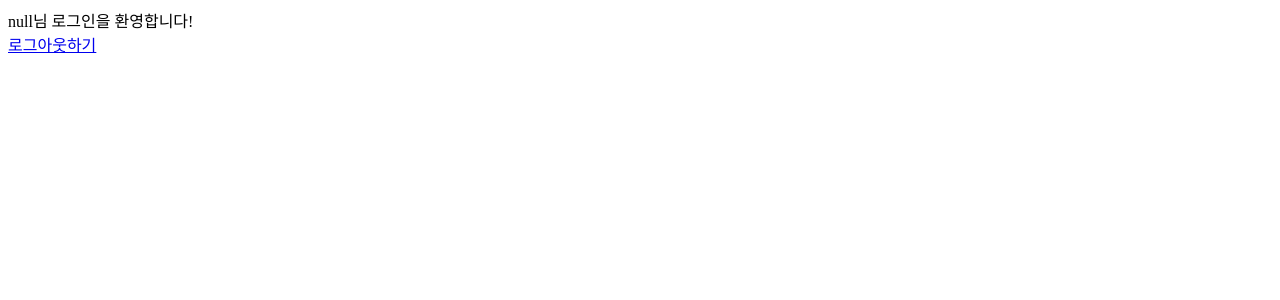
Repository: HeeMang28/jsp
Page: http://localhost/JSPBasic/jspobject/session/session_login_ok.jsp
These files come from the project's save history. The page is drawn as it stood at one moment and after the next save; the edit follows.
The browser window is 1280 px wide. The pictures show the whole page.
The page is served by Tomcat 9. Other server files are loaded and not shown.

Above is the page before, as saved 2022-03-30 08:46:31.

### JSPBasic/src/main/webapp/jspobject/session/session_login_ok.jsp
<%@ page language="java" contentType="text/html; charset=UTF-8"
    pageEncoding="UTF-8"%>
<%
	// 세션 검사를 통해 세션값을 변수에 저장합니다.
	String userId = (String)session.getAttribute("s_id");
%>
<!DOCTYPE html>
<html>
<head>
<meta charset="UTF-8">
<title>Insert title here</title>
</head>
<body>
	<%= userId %>님 로그인을 환영합니다! <br/>
	<a href="session_logout.jsp">로그아웃하기</a>
</body>
</html>

After the next save:
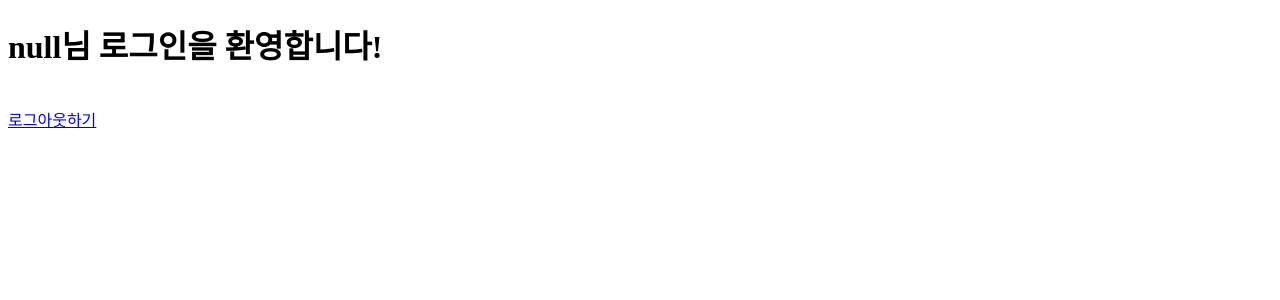
Saved 21 min 49 s later.
--- a/JSPBasic/src/main/webapp/jspobject/session/session_login_ok.jsp
+++ b/JSPBasic/src/main/webapp/jspobject/session/session_login_ok.jsp
@@ -11,7 +11,7 @@
 <title>Insert title here</title>
 </head>
 <body>
-	<%= userId %>님 로그인을 환영합니다! <br/>
+	<h1><%= userId %>님 로그인을 환영합니다! </h1> <br/>
 	<a href="session_logout.jsp">로그아웃하기</a>
 </body>
 </html>
